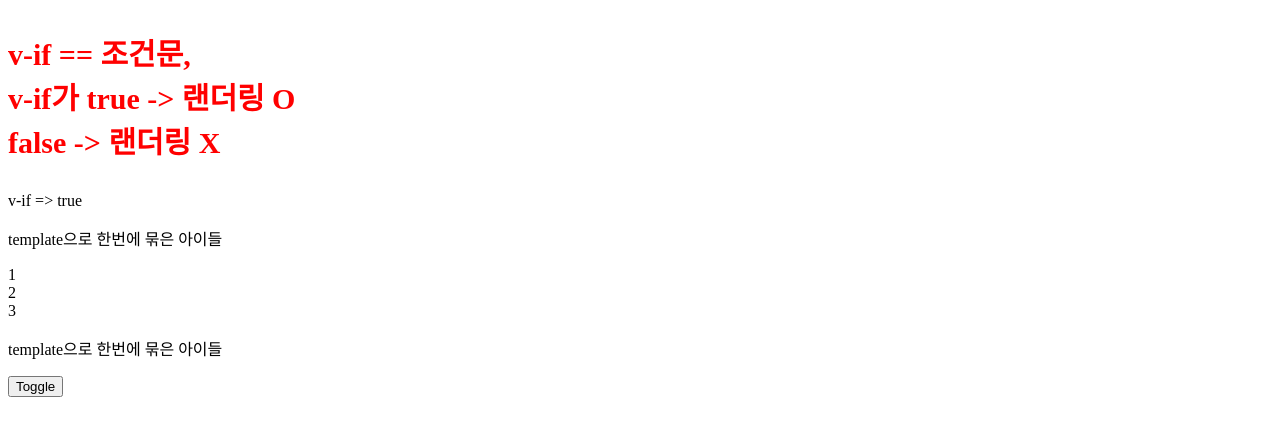
Repository: RyuGeunHwan/code_J
Page: Vuejs/22-08-10 vuejs v-if and v-show.html
An editor plug-in stored every save of this project. The page is shown before and after the next save, followed by the edit.
The browser window is 1280 px wide. The pictures show the whole page.

Above is the page before, as saved 2022-08-10 09:37:59.

### Vuejs/22-08-10 vuejs v-if and v-show.html
<!DOCTYPE html>
<html lang="en">
<head>
    <meta charset="UTF-8">
    <meta http-equiv="X-UA-Compatible" content="IE=edge">
    <meta name="viewport" content="width=device-width, initial-scale=1.0">
    <title>v-if & v-show</title>
    <script src="https://cdn.jsdelivr.net/npm/vue/dist/vue.js"></script>
</head>
<body>
    <div id="app">
        <p :style="styleObject" v-if="show">v-if == 조건문, <br> v-if가 true -> 랜더링 O <br> false -> 랜더링 X</p>
        <div v-if="show">v-if => true</div>
        <div v-else>v-else</div>

        <!-- 여러개의 태그를 한번에 없애고 나타나게 하는 방법 -->
        <template v-if="show">
        <p>template으로 한번에 묶은 아이들</p>
        <div>1</div>
        <div>2</div>
        <div>3</div>
        <p>template으로 한번에 묶은 아이들</p>
        </template>
        <!-- 여러개의 태그를 한번에 없애고 나타나게 하는 방법 -->

        <button @click="toggleShow">Toggle</button>
    </div>
    <script>
        new Vue({
            el: '#app',
            data:{
                show: true,
                styleObject:{
                    fontSize: '30px',
                    color: 'red',
                    fontWeight: 'bold'
                }
            },
            methods:{
                toggleShow(){
                    this.show = !this.show;
                    // !this.show 와 false의 차이점
                    // 1. !this.show는 다시 로드 됨.
                    // 2. false는 값이 변경되어서 값이 false로 고정되어있음.
                }
            }
        })
    </script>
</body>
</html>

After the next save:
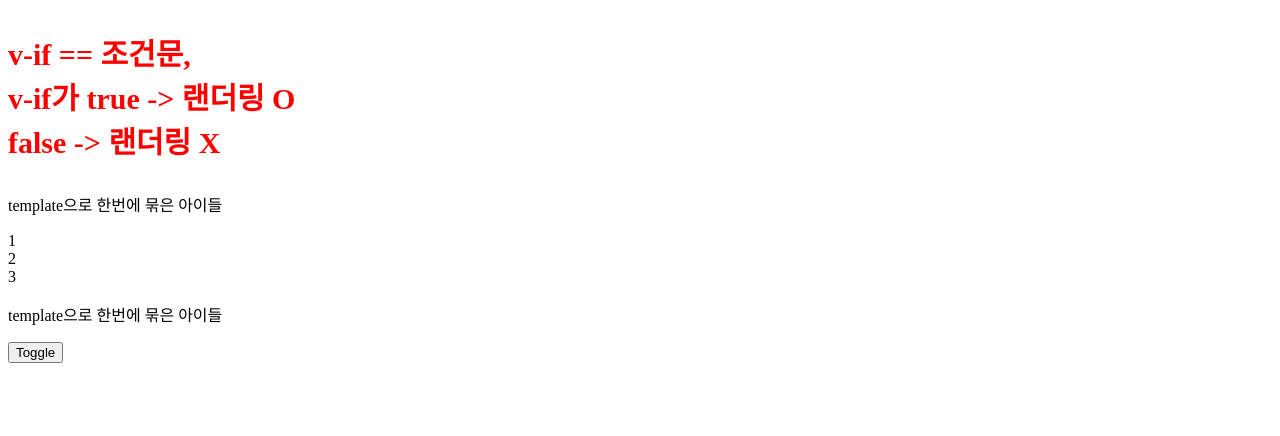
Saved 61 s later.
--- a/Vuejs/22-08-10 vuejs v-if and v-show.html
+++ b/Vuejs/22-08-10 vuejs v-if and v-show.html
@@ -9,9 +9,8 @@
 </head>
 <body>
     <div id="app">
-        <p :style="styleObject" v-if="show">v-if == 조건문, <br> v-if가 true -> 랜더링 O <br> false -> 랜더링 X</p>
-        <div v-if="show">v-if => true</div>
-        <div v-else>v-else</div>
+        <p :style="styleObject">v-if == 조건문, <br> v-if가 true -> 랜더링 O <br> false -> 랜더링 X</p>
+        <!-- <div v-if="show">v-if => true</div> -->
 
         <!-- 여러개의 태그를 한번에 없애고 나타나게 하는 방법 -->
         <template v-if="show">
@@ -22,7 +21,7 @@
         <p>template으로 한번에 묶은 아이들</p>
         </template>
         <!-- 여러개의 태그를 한번에 없애고 나타나게 하는 방법 -->
-
+        <div v-else>v-else</div>
         <button @click="toggleShow">Toggle</button>
     </div>
     <script>

After the save that followed:
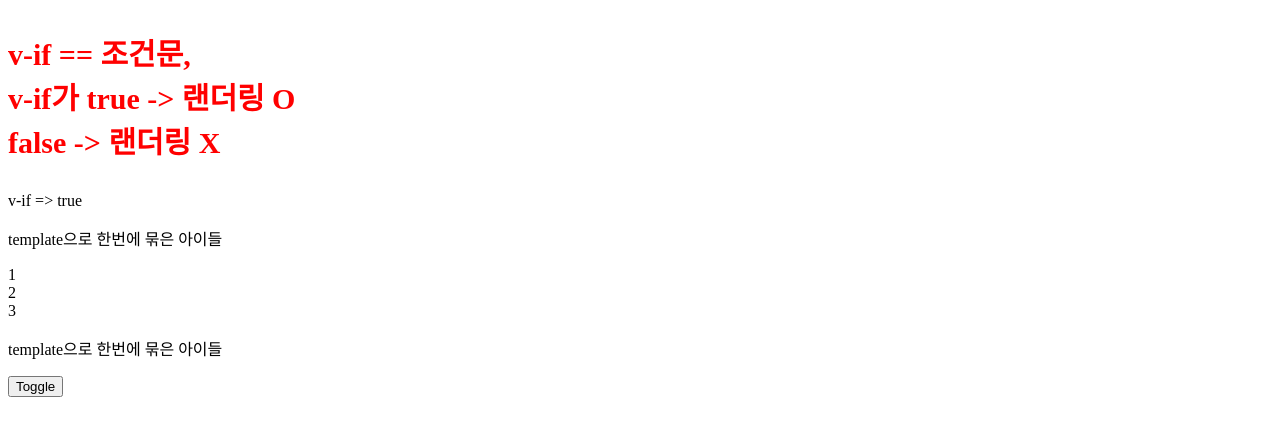
Saved 65 s later.
--- a/Vuejs/22-08-10 vuejs v-if and v-show.html
+++ b/Vuejs/22-08-10 vuejs v-if and v-show.html
@@ -10,8 +10,8 @@
 <body>
     <div id="app">
         <p :style="styleObject">v-if == 조건문, <br> v-if가 true -> 랜더링 O <br> false -> 랜더링 X</p>
-        <!-- <div v-if="show">v-if => true</div> -->
 
+        <div v-if="show">v-if => true</div>
         <!-- 여러개의 태그를 한번에 없애고 나타나게 하는 방법 -->
         <template v-if="show">
         <p>template으로 한번에 묶은 아이들</p>
